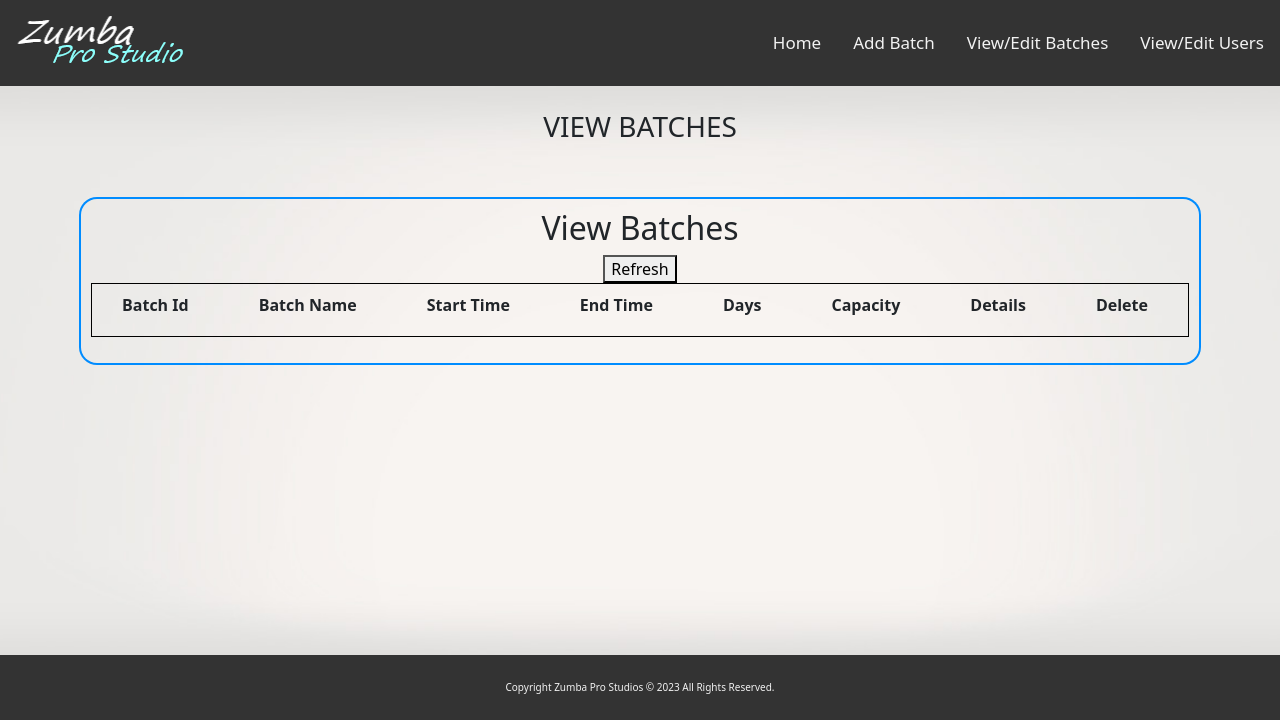
Repository: basemsamuel/Zumba
Page: http://localhost/ZumbaProStudio/admin.jsp
The author's editor kept a copy of each file at every save. The page is drawn from the files as they stood at one save, then again after a run of saves.
The browser window is 1280 px wide. The pictures show the whole page.
The page is served by Tomcat 10.

Above is the page before, as saved 2023-07-31 15:40:27.

After the next 2 saves:
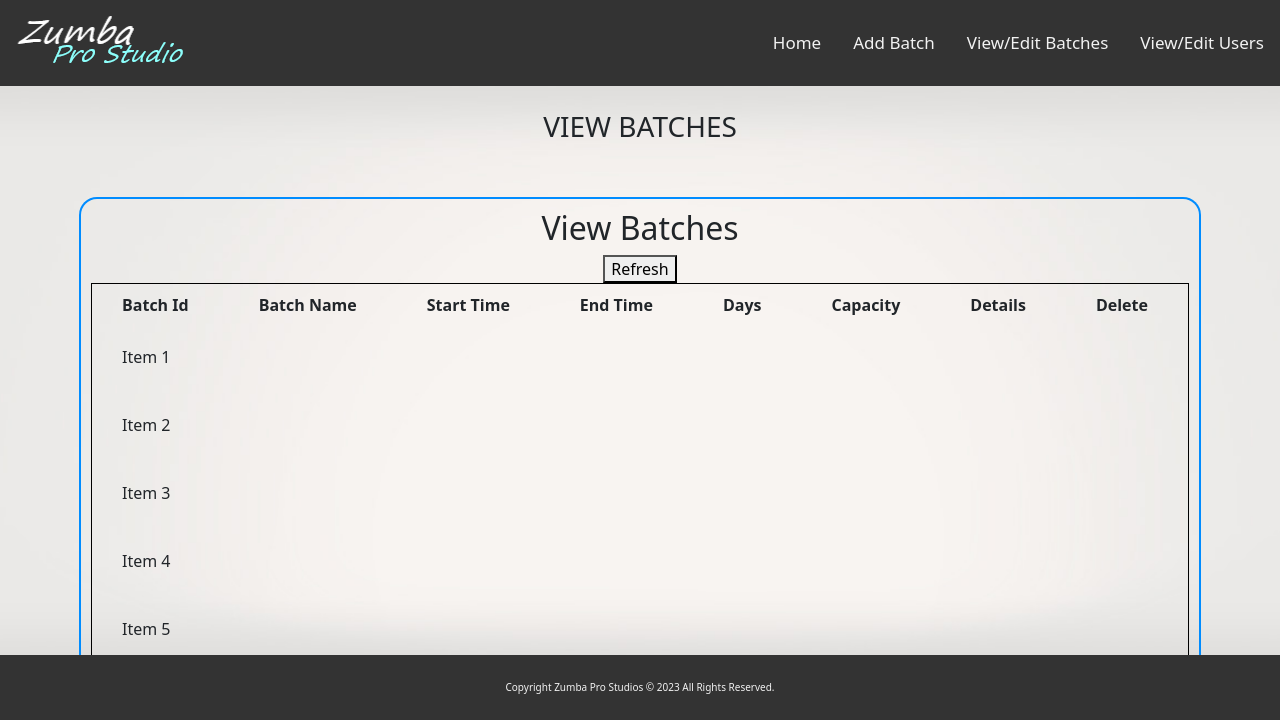
The 2 saves are shown as one change because 1 did not build or start.
The last was saved 110 s later.
--- a/ZumbaProStudio/src/main/webapp/admin.jsp
+++ b/ZumbaProStudio/src/main/webapp/admin.jsp
@@ -27,13 +27,13 @@
 						    	</tr>
 
 						    	<%@ taglib uri="http://java.sun.com/jsp/jstl/core" prefix="c" %>
-								<c:forEach var="batchTableDate" items="${batchTableDate}">
-									<tr>
-										<td>
-								    		<c:out value="${batchTableDate}" /><br/>
-								    	</td>
-								    </tr>
-								</c:forEach>
+									<c:forEach var = "i" begin = "1" end = "5">
+										<tr>
+											<td>
+							         		Item <c:out value = "${i}"/><p>
+									    	</td>
+									    </tr>
+							      	</c:forEach>
 						    </table>
 						</form>
 					</div>
